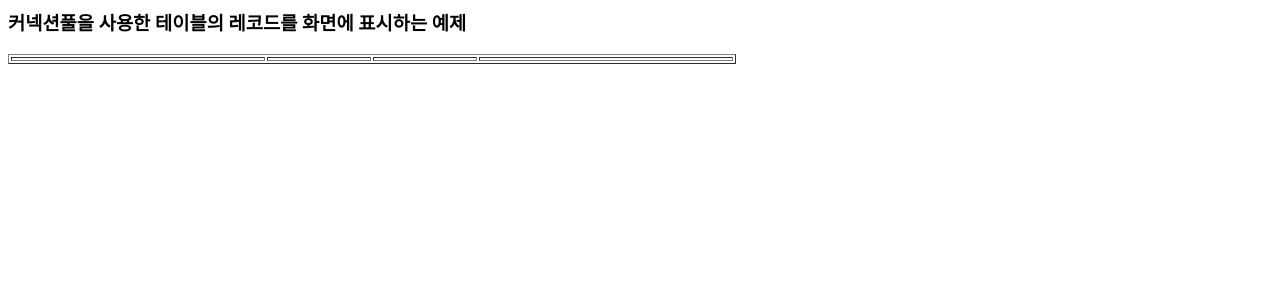
Repository: matodale/StudyJSP
Page: http://localhost/StudyJSP/ch11/usePool.jsp
These files come from the project's save history. The page is drawn as it stood at one moment and after a run of saves; the edit follows.
The browser window is 1280 px wide. The pictures show the whole page.
The page is served by Tomcat 9.

Above is the page before, as saved 2022-12-23 06:06:03.

After the next 2 saves:
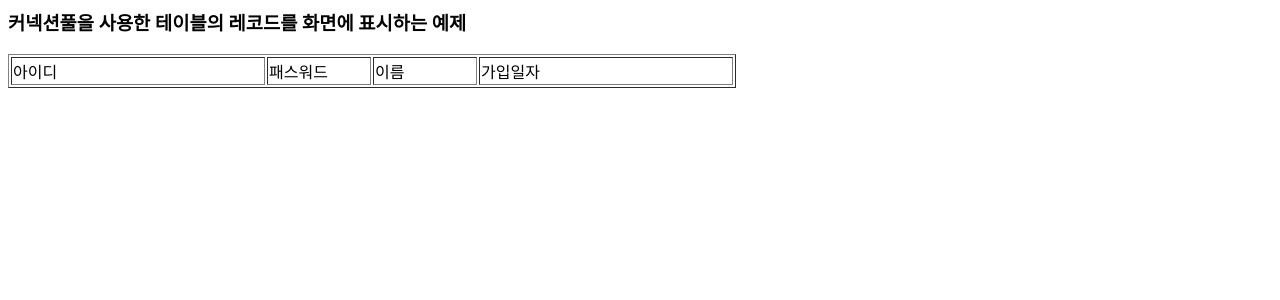
The 2 saves are shown as one change because 1 did not build or start.
The last was saved 50 s later.
--- a/StudyJSP/src/main/webapp/ch11/usePool.jsp
+++ b/StudyJSP/src/main/webapp/ch11/usePool.jsp
@@ -9,11 +9,15 @@
 	<h3>커넥션풀을 사용한 테이블의 레코드를 화면에 표시하는 예제</h3>
 	<table border="1">
 		<tr>
-			<Td width="250"></Td>
-			<Td width="100"></Td>
-			<Td width="100"></Td>
-			<Td width="250"></Td>
+			<Td width="250">아이디</Td>
+			<Td width="100">패스워드</Td>
+			<Td width="100">이름</Td>
+			<Td width="250">가입일자</Td>
 		</tr>
+		<%
+			Connection conn = null;
+
+		%>
 	</table>
 </body>
 </html>
